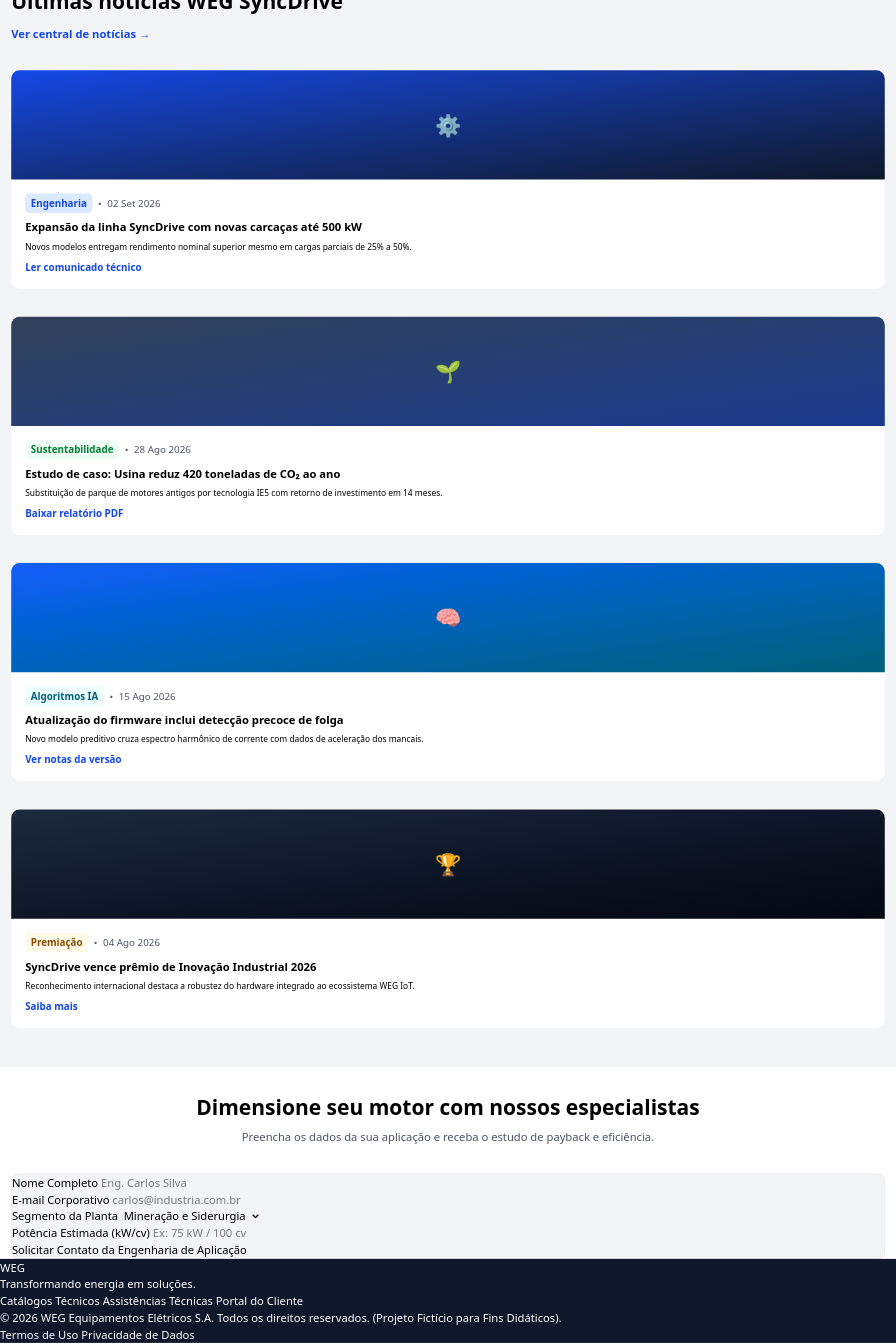
Repository: camilewng/Exercicio-Tailwind
Page: index.html
The author's editor kept a copy of each file at every save. The page is drawn from the files as they stood at one save, then again after a run of saves.
The browser window is 1280 px wide. The pictures show the part of the page from y = 2988 to 4908 px (the page is 4907 px tall before and 4908 px after), at 70% of full size.

Above is the page before, as saved 2026-09-14 16:30:03.

### index.html
<!DOCTYPE html>
<html lang="pt-BR">
<head>
  <meta charset="UTF-8">
  <meta name="viewport" content="width=device-width, initial-scale=1.0">
  <title>WEG SyncDrive IoT - Exercício Tailwind CSS</title>
  <script src="https://cdn.jsdelivr.net/npm/@tailwindcss/browser@4"></script>
</head>
<body>

  <!-- ==========================================
       1. HEADER / NAVBAR
       Desafio:
       - Fixar no topo (sticky top-0) com fundo translúcido/blur.
       - Logo WEG em destaque com fundo azul industrial.
       - Menu oculto em telas pequenas e visível em lg:.
  =========================================== -->
  <header>
    <div class="flex flex-row justify-between border-b border-gray-300 mb-15">
      <div class="flex">
        <div class="bg-blue-600 text-white text-2xl font-black w-20 h-10 text-center pt-0.75 rounded-sm m-3">
          WEG
        </div>
        <div class="flex flex-col border-l-2 border-gray-300 h-10 pl-2 mt-3">
          <span class="font-bold">SyncDrive</span>
          <span class="text-blue-600 uppercase font-medium text-xs">Industrial IoT</span>
        </div>
      </div>

      <nav class="hidden">
        <a href="#solucao">A Solução</a>
        <a href="#recursos">Tecnologia</a>
        <a href="#metricas">Performance</a>
        <a href="#aplicacoes">Aplicações</a>
        <a href="#novidades">Notícias</a>
      </nav>

      <div class="flex">
        <a href="#contato" class="hidden">Falar com Consultor</a>
        <a href="#contato" class="bg-blue-600 text-white px-4 py-2 mr-3 mt-3 mb-3 rounded-sm font-medium">
          Especificar Motor
        </a>
      </div>
    </div>
  </header>

  <main >
    <!-- ==========================================
         2. HERO SECTION
         Desafio:
         - Layout em grid de 2 colunas no desktop (texto + painel de telemetria).
         - Centralizado no mobile, alinhado à esquerda em lg:.
         - Estilizar o card escuro de telemetria com badges e status.
    =========================================== -->
    <section id="solucao" class="bg-gradient-to-t from-gray-200 to-white pb-15" >
      <div>
      <div >
        <div>

          <!-- Coluna 1: Conteúdo Textual -->
          <div class="flex flex-col">
            <span class="bg-blue-50 border border-blue-300 uppercase text-sm text-blue-600
                         font-semibold p-1 px-3 rounded-4xl flex mx-11 mb-6">
              Indústria 4.0 & Manutenção Preditiva
            </span>
            <h1 class="font-black text-3xl text-center w-85 mx-8 mb-6 leading-9">WEG SyncDrive: Confiabilidade extrema com inteligência preditiva.</h1>
            <p class="text-gray-600 text-center mx-2 mb-6">
              O motor elétrico síncrono que combina rendimento ultra-premium (IE5), sensoriamento integrado de vibração e temperatura e conectividade instantânea com a nuvem WEG IoT.
            </p>
            <div class="flex flex-col">
              <a href="#contato" class="bg-blue-600 mx-4 text-white flex justify-center font-medium py-3 rounded-sm mb-3">
                Solicitar Folha de Dados
              </a>
              <a href="#recursos" class="border border-gray-300 text-gray-700 font-semibold flex justify-center mx-4 py-3 rounded-sm bg-white mb-10">
                Conhecer a Arquitetura
              </a>
            </div>
          </div>

          <!-- Coluna 2: Card de Telemetria IoT -->
          <div class="bg-slate-900 text-white mx-4 rounded-2xl p-7 ">
            <div>
              <div class="flex justify-between border-b border-gray-600 mb-3">
                <span class="text-blue-400 text-sm mb-4">NODE_ID: WEG-MTR-8842</span>
                <div>
                  <span></span>
                  <span class="flex text-sm text-gray-400">Online 60Hz</span>
                </div>
              </div>

              <div>
                <div class="bg-slate-800 p-3 rounded-lg mb-4">
                  <span  class="text-sm text-gray-400">Eficiência Energética</span>
                  <div class="font-bold text-2xl">96.8% <span class="text-green-300 font-normal text-sm">(Padrão IE5)</span></div>
                </div>

                <div class="flex flex-row gap-4">
                  <div class="bg-slate-800 p-4 rounded-lg mb-4">
                    <span class="text-gray-400 text-sm">Vibração RMS</span>
                    <div class="font-semibold text-xl pb-2 pr-5">0.82 mm/s</div>
                    <span class="text-green-300 text-xs">✓ Faixa Ideal ISO</span>
                  </div>
                  <div class="bg-slate-800 p-4 rounded-lg mb-4">
                    <span class="text-gray-400 text-sm" >Temp. Mancal</span>
                    <div class="font-semibold text-xl pr-13 pb-2">62.4 °C</div>
                    <span class="text-blue-400 text-xs">Normal (PT100)</span>
                  </div>
                </div>

                <div class="bg-blue-950 text-xs px-3 py-3 text-blue-200/90 rounded-lg border border-blue-500/30">
                  ⚡ Previsão de manutenção: operação normal pelos próximos 12 meses.
                </div>
              </div>
            </div>
          </div>

        </div>
      </div>
    </section>

    <!-- ==========================================
         3. RECURSOS / ESPECIFICAÇÕES TÉCNICAS
         Desafio:
         - Grid responsivo de 3 colunas (1 col mobile, 3 cols desktop).
         - Efeito hover nos cards com transição suave de borda ou sombra.
    =========================================== -->
    <section id="recursos" class="p-5">
      <div>
        <div>
          <h2 class="font-black text-3xl text-center mt-12 mb-4">Engenharia pensada para regime contínuo</h2>
          <p class="text-gray-600 text-center mb-15">Projetado para suportar ambientes industriais severos sem comprometer o fluxo operacional.</p>
        </div>

        <div>
          <article class="bg-gray-100 p-5 rounded-lg border border-gray-300/80 mb-8">
            <div class="flex justify-center items-center bg-blue-100 w-11 h-11 rounded-lg mb-4">⚙️</div>
            <h3 class="text-xl font-bold mb-3">Nível de Rendimento IE5</h3>
            <p class="text-gray-600">Rotores com ímãs permanentes de terras raras que eliminam perdas por efeito Joule no rotor, gerando até 35% de economia em perdas elétricas.</p>
          </article>

          <article class="bg-gray-100 p-5 rounded-lg border border-gray-300/80 mb-8">
            <div class="flex justify-center items-center bg-blue-100 w-11 h-11 rounded-lg mb-4">📡</div>
            <h3 class="text-xl font-bold mb-3">Módulo IoT Plug & Play</h3>
            <p class="text-gray-600">Sensores triaxiais acoplados de fábrica comunicando via Bluetooth Low Energy ou redes industriais cabeadas diretamente com o gateway da planta.</p>
          </article>

          <article class="bg-gray-100 p-5 rounded-lg border border-gray-300/80 mb-8">
            <div class="flex justify-center items-center bg-blue-100 w-11 h-11 rounded-lg mb-4">🛡️</div>
            <h3 class="text-xl font-bold mb-3">Grau de Proteção IP66 / W3</h3>
            <p class="text-gray-600">Carcaça em ferro fundido de alta resistência mecânica com pintura anticorrosiva de alto desempenho, apto para atmosferas agressivas.</p>
          </article>
        </div>
      </div>
    </section>

    <!-- ==========================================
         4. MÉTRICAS / NÚMEROS INDUSTRIAIS
         Desafio:
         - Seção de alto contraste (fundo escuro slate-900).
         - Grid de 2 colunas no mobile e 4 colunas em telas maiores.
    =========================================== -->
    <section id="metricas" class="bg-slate-900">
      <div>
        <div class="grid grid-rows-2 grid-cols-2 pt-10 pb-5 px-8 gap-5">
          <div class="border-b border-gray-800 col-start-1 col-end-2 row-start-1 row-end-2">
            <div class="text-blue-400/90 font-black text-3xl text-center pb-1 pt-3">-70%</div>
            <div class="text-gray-300 text-sm pb-8">Paradas Não Planejadas</div>
          </div>
          <div  class="border-b border-gray-800 col-start-2 col-end-3 row-start-1 row-end-2 ">
            <div class="text-blue-400/90 font-black text-3xl text-center pb-1 pt-3">IE5</div>
            <div class="text-gray-300 text-sm">Classificação Energética</div>
          </div>
          <div class="col-start-1 col-end-2 row-start-2 row-end-3" >
            <div class="text-blue-400/90 font-black text-3xl text-center pb-1 pt-3">100k+</div>
            <div class="text-gray-300 text-xs">Horas de Vida dos Mancais</div>
          </div>
          <div class="col-start-2 col-end-3 row-start-2 row-end-3">
            <div class="text-blue-400/90 font-black text-3xl text-center pb-1 pt-3">24/7</div>
            <div class="text-gray-300 text-sm text-center">Telemetria em Nuvem</div>
          </div>
        </div>
      </div>
    </section>

    <!-- ==========================================
         5. APLICAÇÕES INDUSTRIAIS
         Desafio:
         - Grid de 4 colunas adaptável (1 col mobile, 2 sm, 4 lg).
         - Uso de tags de categoria uppercase com tipografia reduzida.
    =========================================== -->
    <section id="aplicacoes" class="pb-8 border-b border-gray-300/80">
      <div>
        <div>
          <h2 class="font-bold text-3xl text-center mt-15 mb-3">Projetado para indústrias críticas</h2>
          <p class="text-gray-600 text-center mx-5 mb-10">Linhas de montagem e processos onde a interrupção não é uma opção.</p>
        </div>

        <div class="flex flex-col">
          <div class="bg-gray-100 rounded-md border border-gray-300/80 mx-4 p-3 mb-6">
            <span class="uppercase text-blue-600 font-semibold text-sm">Mineração</span>
            <h4 class="text-xl font-bold mt-2 mb-2">Correias & Britadores</h4>
            <p class="text-gray-500 text-sm">Torque constante em baixas rotações sem necessidade de redutores pesados.</p>
          </div>

          <div class="bg-gray-100 rounded-md border border-gray-300/80 mx-4 p-3 mb-6">
            <span class="uppercase text-blue-600 font-semibold text-sm">Saneamento</span>
            <h4 class="text-xl font-bold mt-2 mb-2">Estações de Bombeamento</h4>
            <p class="text-gray-500 text-sm">Redução drástica do custo de kWh em bombas centrífugas de regime 24 horas.</p>
          </div>

          <div class="bg-gray-100 rounded-md border border-gray-300/80 mx-4 p-3 mb-6">
            <span class="uppercase text-blue-600 font-semibold text-sm">Papel & Celulose</span>
            <h4 class="text-xl font-bold mt-2 mb-2">Secadores e Bobinadeiras</h4>
            <p  class="text-gray-500 text-sm">Precisão milimétrica de sincronismo de velocidade entre rolos condutores.</p>
          </div>

          <div class="bg-gray-100 rounded-md border border-gray-300/80 mx-4 p-3 mb-6">
            <span class="uppercase text-blue-600 font-semibold text-sm">Agroindústria</span>
            <h4 class="text-xl font-bold mt-2 mb-2">Silos & Ventiladores</h4>
            <p class="text-gray-500 text-sm">Operação imune a poeira condutiva com baixo índice de aquecimento residual.</p>
          </div>
        </div>
      </div>
    </section>

    <!-- ==========================================
         6. NOVIDADES / NOTÍCIAS (4 ITENS)
         Desafio:
         - Cabeçalho com alinhamento justify-between.
         - 4 cards em grid: 1 col (mobile), 2 cols (md), 4 cols (lg).
         - Imagem/banner visual com gradiente em cada notícia.
         - Flexbox nos cards para fixar o link de leitura no rodapé.
    =========================================== -->
    <section id="novidades" class="bg-gray-100 p-4">
      <div>

        <div>
          <div class="flex flex-col">
            <span class="uppercase text-blue-700 font-semibold text-sm mt-15">Sala de Imprensa & Artigos</span>
            <h2 class="font-black text-3xl mt-2 mb-4">Últimas notícias WEG SyncDrive</h2>
          </div class="flex">
          <a href="#" class="text-blue-700 font-semibold">Ver central de notícias →</a>
        </div>

        <div>
          <!-- Notícia 1 -->
          <article class="bg-white rounded-xl mt-10">
            <div class="text-3xl py-15 text-center bg-gradient-to-br from-blue-700 to-slate-900 rounded-t-xl ">⚙️</div>
            <div class="px-5 py-5">
              <div class="flex">
                <span class="bg-blue-100 py-1 px-2 rounded-md text-blue-700 font-semibold text-sm mb-2 mr-2">Engenharia</span>
                <span class="text-gray-600 text-sm mr-2 pt-1">•</span>
                <time class="text-gray-600 text-sm pt-1">02 Set 2026</time>
              </div>
              <h3>
                <a href="#" class="font-bold text-md">Expansão da linha SyncDrive com novas carcaças até 500 kW</a>
              </h3>
              <p class="text-xs py-2">Novos modelos entregam rendimento nominal superior mesmo em cargas parciais de 25% a 50%.</p>
              <a href="#" class="text-blue-700 font-semibold text-sm">Ler comunicado técnico</a>
            </div>
          </article>

          <!-- Notícia 2 -->
          <article class="bg-white rounded-xl mt-10">
            <div class="text-3xl py-15 text-center bg-gradient-to-br from-slate-700 to-blue-900 rounded-t-xl ">🌱</div>
            <div class="px-5 py-5">
              <div class="flex">
                <span class="bg-green-50 py-1 px-2 rounded-md text-green-700 font-semibold text-sm mb-2 mr-2">Sustentabilidade</span>
                <span class="text-gray-600 text-sm mr-2 pt-1">•</span>
                <time class="text-gray-600 text-sm pt-1">28 Ago 2026</time>
              </div>
              <h3>
                <a href="#" class="font-bold text-md">Estudo de caso: Usina reduz 420 toneladas de CO₂ ao ano</a>
              </h3>
              <p class="text-xs py-2">Substituição de parque de motores antigos por tecnologia IE5 com retorno de investimento em 14 meses.</p>
              <a href="#" class="text-blue-700 font-semibold text-sm">Baixar relatório PDF</a>
            </div>
          </article>

          <!-- Notícia 3 -->
          <article class="bg-white rounded-xl mt-10">
            <div class="text-3xl py-15 text-center bg-gradient-to-br from-blue-600 to-cyan-800 rounded-t-xl ">🧠</div>
            <div class="px-5 py-5">
              <div class="flex">
                <span class="bg-cyan-50 py-1 px-2 rounded-md text-cyan-800 font-semibold text-sm mb-2 mr-2">Algoritmos IA</span>
                <span class="text-gray-600 text-sm mr-2 pt-1">•</span>
                <time class="text-gray-600 text-sm pt-1">15 Ago 2026</time>
              </div>
              <h3>
                <a href="#" class="font-bold text-md">Atualização do firmware inclui detecção precoce de folga</a>
              </h3>
              <p class="text-xs py-2">Novo modelo preditivo cruza espectro harmônico de corrente com dados de aceleração dos mancais.</p>
              <a href="#" class="text-blue-700 font-semibold text-sm">Ver notas da versão</a>
            </div>
          </article>

          <!-- Notícia 4 -->
          <article class="bg-white rounded-xl mt-10 mb-10">
            <div class="text-3xl py-15 text-center bg-gradient-to-br from-slate-800 to-gray-950 rounded-t-xl ">🏆</div>
            <div class="px-5 py-5">
              <div class="flex">
                <span class="bg-yellow-50 py-1 px-2 rounded-md text-yellow-800 font-semibold text-sm mb-2 mr-2">Premiação</span>
                <span class="text-gray-600 text-sm mr-2 pt-1">•</span>
                <time class="text-gray-600 text-sm pt-1">04 Ago 2026</time>
              </div>
              <h3>
                <a href="#" class="font-bold text-md">SyncDrive vence prêmio de Inovação Industrial 2026</a>
              </h3>
              <p class="text-xs py-2">Reconhecimento internacional destaca a robustez do hardware integrado ao ecossistema WEG IoT.</p>
              <a href="#" class="text-blue-700 font-semibold text-sm">Saiba mais</a>
            </div>
          </article>
        </div>

      </div>
    </section>

    <!-- ==========================================
         7. FORMULÁRIO DE CONTATO / DIMENSIONAMENTO
         Desafio:
         - Inputs estilizados com focus rings.
         - Grid de formulário com campos em 2 colunas no desktop.
    =========================================== -->
    <section id="contato">
      <div>
        <div>
          <h2 class="text-3xl px-5 font-bold text-center pt-10 pb-3">Dimensione seu motor com nossos especialistas</h2>
          <p class="text-center px-5 text-gray-600 pb-10">Preencha os dados da sua aplicação e receba o estudo de payback e eficiência.</p>
        </div>

        <form class="bg-gray-100 mx-4 border border-gray-200 rounded-lg">
          <div>
            <div>
              <label>Nome Completo</label>
              <input type="text" placeholder="Eng. Carlos Silva">
            </div>
            <div>
              <label>E-mail Corporativo</label>
              <input type="email" placeholder="carlos@industria.com.br">
            </div>
          </div>

          <div>
            <div>
              <label>Segmento da Planta</label>
              <select>
                <option>Mineração e Siderurgia</option>
                <option>Papel e Celulose</option>
                <option>Saneamento e Água</option>
                <option>Química e Petroquímica</option>
                <option>Alimentos e Bebidas</option>
              </select>
            </div>
            <div>
              <label>Potência Estimada (kW/cv)</label>
              <input type="text" placeholder="Ex: 75 kW / 100 cv">
            </div>
          </div>

          <button type="submit">Solicitar Contato da Engenharia de Aplicação</button>
        </form>
      </div>
    </section>
  </main>

  <!-- ==========================================
       8. RODAPÉ / FOOTER
       Desafio:
       - Layout corporativo com tipografia sutil.
       - Disposição em flexbox responsivo (colunas empilhadas no mobile, linha no desktop).
  =========================================== -->
  <footer class="bg-slate-900 text-white">
    <div>
      <div>
        <div>
          <div>WEG</div>
          <span>Transformando energia em soluções.</span>
        </div>
        <div>
          <a href="#">Catálogos Técnicos</a>
          <a href="#">Assistências Técnicas</a>
          <a href="#">Portal do Cliente</a>
        </div>
      </div>
      <div>
        <p>© 2026 WEG Equipamentos Elétricos S.A. Todos os direitos reservados. (Projeto Fictício para Fins Didáticos).</p>
        <div>
          <a href="#">Termos de Uso</a>
          <a href="#">Privacidade de Dados</a>
        </div>
      </div>
    </div>
  </footer>

</body>
</html>

After the next 2 saves:
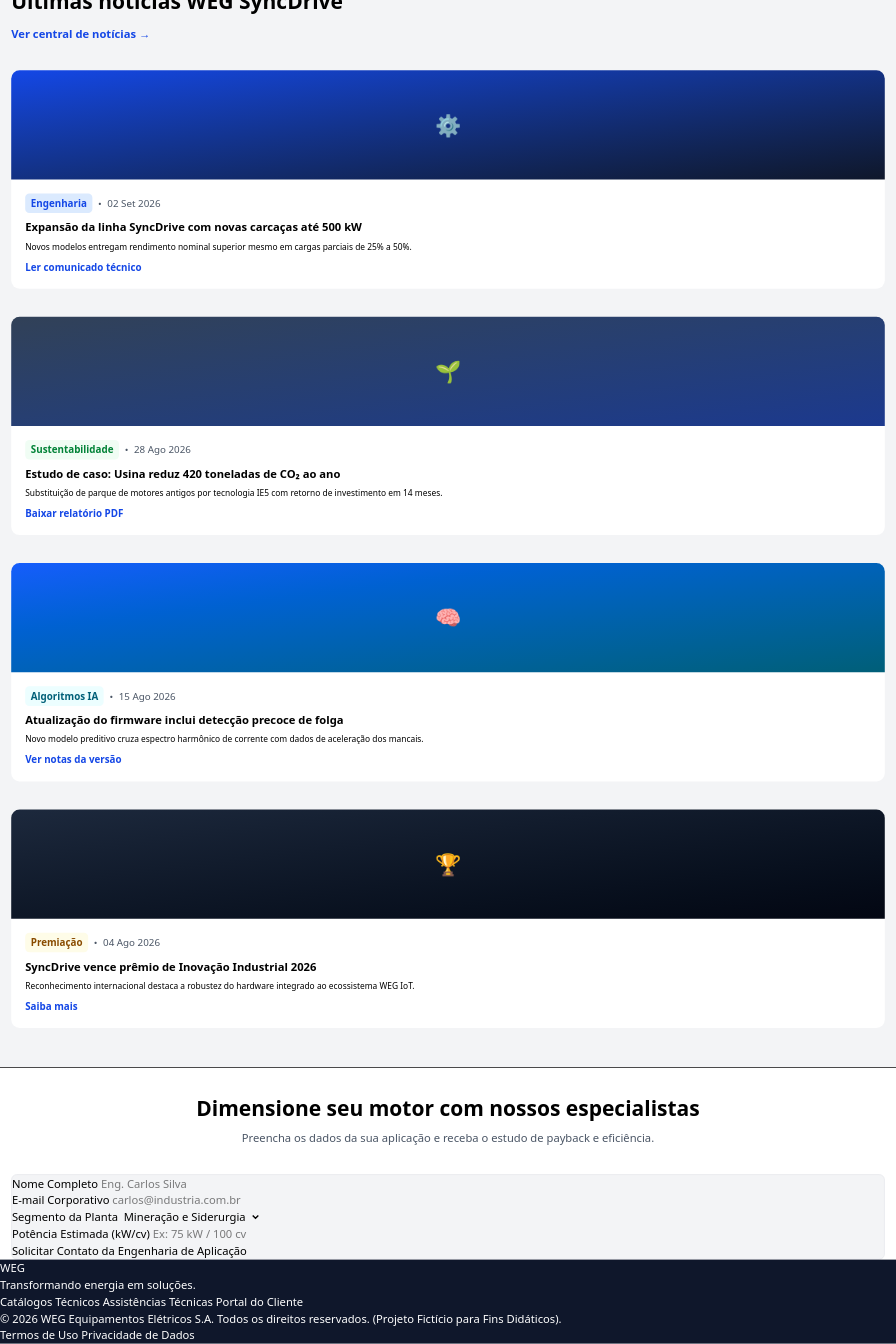
The 2 saves are shown as one change because they came seconds apart.
The last was saved 13 s later.
--- a/index.html
+++ b/index.html
@@ -231,7 +231,7 @@
          - Imagem/banner visual com gradiente em cada notícia.
          - Flexbox nos cards para fixar o link de leitura no rodapé.
     =========================================== -->
-    <section id="novidades" class="bg-gray-100 p-4">
+    <section id="novidades" class="bg-gray-100 p-4 border-b">
       <div>
 
         <div>
